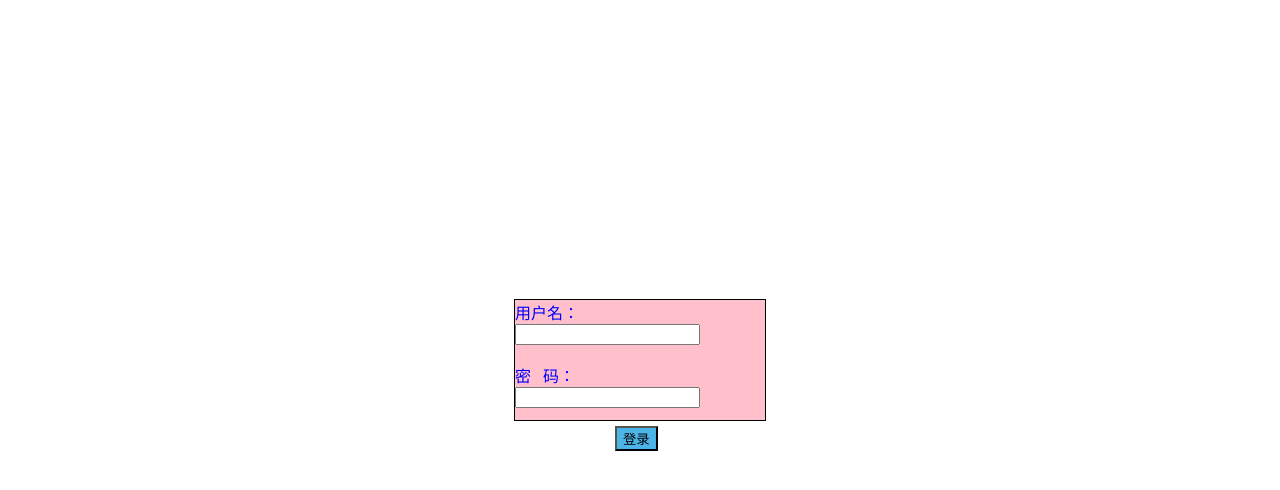
Repository: guirui-li/StudyJavaWeb
Page: http://localhost/JavawebTest/experiment02/login.jsp
An editor plug-in stored every save of this project. The page is shown before and after the next save, followed by the edit.
The browser window is 1280 px wide. The pictures show the whole page.
The page is served by Tomcat 9. Other server files are loaded and not shown.

Above is the page before, as saved 2019-05-03 06:30:07.

### JavawebTest/WebContent/experiment02/login.jsp
<%@ page language="java" contentType="text/html; charset=UTF-8"
    pageEncoding="UTF-8"%>
<!DOCTYPE html>
<html>
<head>
<meta charset="UTF-8">
<title>login页面</title>
	<style type="text/css">
		body{
			margin: 0;
			padding: 0;
		}
		label{
			display:inline-block;
			width: 68px;
			color:blue;
			white-space: pre;
		}
		#form1{
			border: 1px solid black;
			width:250px;
			height:120px;
			background-color:pink;
			position:absolute;
			top:50%;
			left:50%;
			transform:translate(-50%,-50%);
		}
		#submit{
			margin-left: 100px;
			background-color: #4cb4e7;
		}
	</style>
</head>
<body>
	<%
		String name=request.getParameter("name");
		String psw=request.getParameter("psw");
		if(name==null||psw==null){
			name="";
			psw="";
		}
	%>
	<form action="dologin.jsp" id="form1" method="post">
		<label for="name">用户名：</label>
			<input type="text" name="name" value="<%=name %>" id="name"/><br><br>
		<label for="psw">密   码：</label>
			<input type="text" name="psw" value="<%=psw %>" id="psw"/><br><br>
		<input type="submit" name="Submit" value="登录" id="submit"/>
	</form>
</body>
</html>

After the next save:
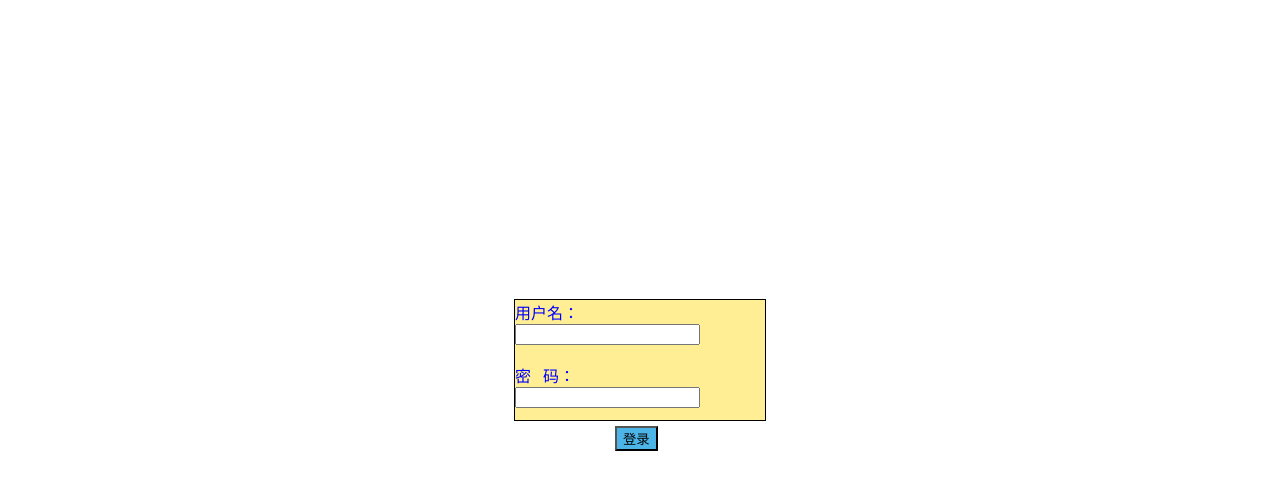
Saved 32 s later.
--- a/JavawebTest/WebContent/experiment02/login.jsp
+++ b/JavawebTest/WebContent/experiment02/login.jsp
@@ -20,7 +20,7 @@
 			border: 1px solid black;
 			width:250px;
 			height:120px;
-			background-color:pink;
+			background-color: #ffee93;
 			position:absolute;
 			top:50%;
 			left:50%;
